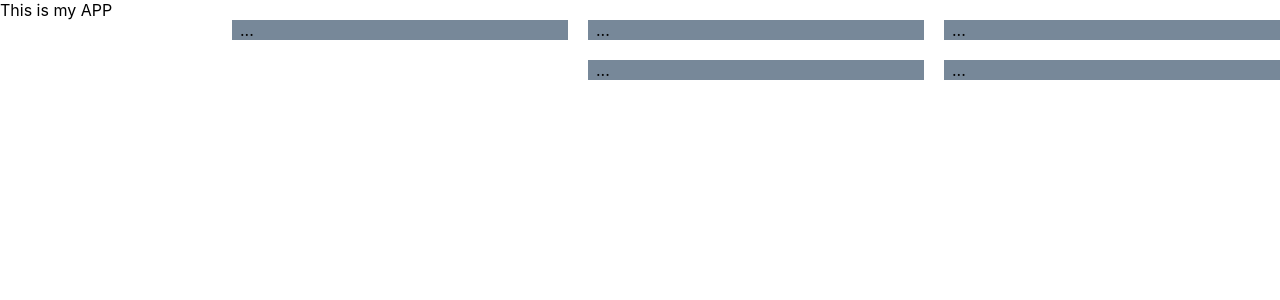
Repository: vnevescode/ui-components-react
Page: /
These files come from the project's save history. The page is drawn as it stood at one moment and after the next save; the edit follows.
The browser window is 1280 px wide. The pictures show the whole page.
The project was rebuilt for these pictures with package versions that can differ from the ones it lists, and the page was loaded fresh each time.

Above is the page before, as saved 2022-06-09 22:20:26.

After the next save:
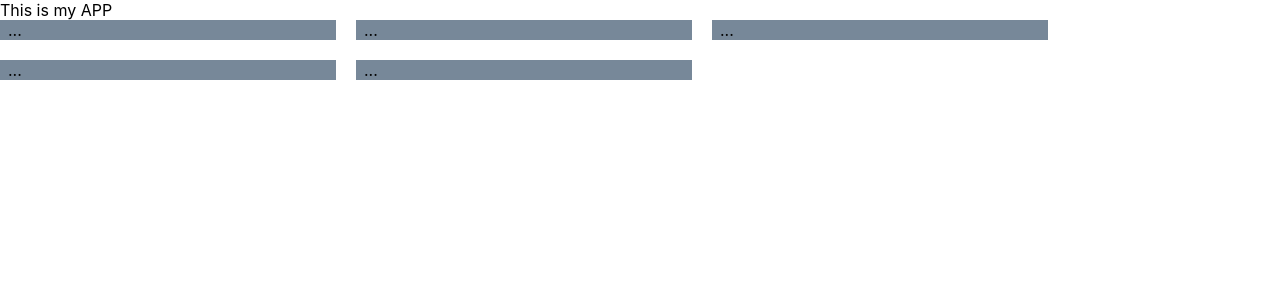
Saved 5 s later.
--- a/src/components/Cards/Cards.style.css
+++ b/src/components/Cards/Cards.style.css
@@ -2,7 +2,7 @@
 .cards{
     display: flex;
     /* flex-direction: column; */
-    justify-content: flex-end;
+    justify-content: flex-start;
     flex-wrap: wrap;
     gap: 20px;
     width: 100%;
